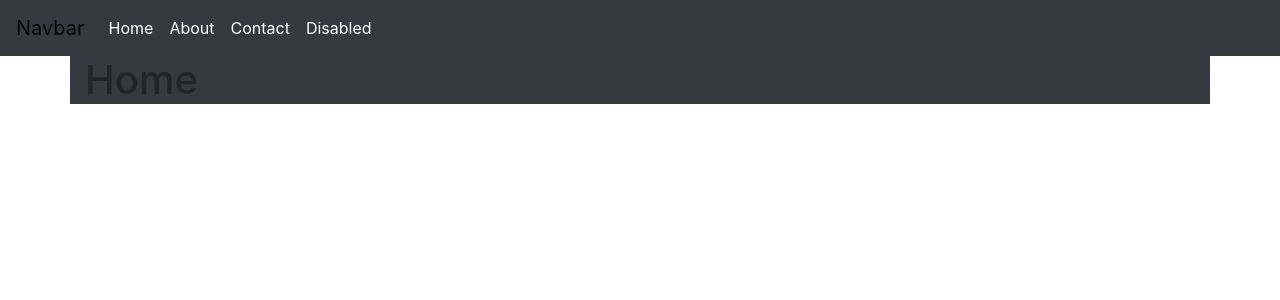
Repository: syawal2kalii/parsinta_clone_model
Page: http://localhost/home
The author's editor kept a copy of each file at every save. The page is drawn from the files as they stood at one save, then again after the next save.
The browser window is 1280 px wide. The pictures show the whole page.
The page is served by the project's Laravel application, run on PHP 8.4 with Laravel 8. Other server files are loaded and not shown.

Above is the page before, as saved 2019-12-26 15:16:49.

### routes/web.php
<?php

/*
|--------------------------------------------------------------------------
| Web Routes
|--------------------------------------------------------------------------
|
| Here is where you can register web routes for your application. These
| routes are loaded by the RouteServiceProvider within a group which
| contains the "web" middleware group. Now create something great!
|
*/

Route::get('/', function () {
    return view('welcome');
});

Route::get('/home', function () {
    return view('home');
});

Route::get('/about', function () {
    return view('about');
});

Route::get('/contact', function () {
    return view('contack');
});

### resources/views/home.blade.php
@extends('layout.master')
@section('title')
    home
@endsection
@section('content')
    <div class="container bg-dark">
        <h1>Home</h1>
    </div>
@endsection

### resources/views/layout/master.blade.php
<!DOCTYPE html>
<html lang="en">
<head>
    <meta charset="UTF-8">
    <meta name="viewport" content="width=device-width, initial-scale=1.0">
    <meta http-equiv="X-UA-Compatible" content="ie=edge">
    <link rel="stylesheet" href="https://stackpath.bootstrapcdn.com/bootstrap/4.4.1/css/bootstrap.min.css" integrity="sha384-Vkoo8x4CGsO3+Hhxv8T/Q5PaXtkKtu6ug5TOeNV6gBiFeWPGFN9MuhOf23Q9Ifjh" crossorigin="anonymous">
    <title>@yield('title')</title>
</head>
<body>
   @include('layout.navigation')
   @yield('content')



   <script src="https://code.jquery.com/jquery-3.4.1.slim.min.js" integrity="sha384-J6qa4849blE2+poT4WnyKhv5vZF5SrPo0iEjwBvKU7imGFAV0wwj1yYfoRSJoZ+n" crossorigin="anonymous"></script>
   <script src="https://cdn.jsdelivr.net/npm/popper.js@1.16.0/dist/umd/popper.min.js" integrity="sha384-Q6E9RHvbIyZFJoft+2mJbHaEWldlvI9IOYy5n3zV9zzTtmI3UksdQRVvoxMfooAo" crossorigin="anonymous"></script>
   <script src="https://stackpath.bootstrapcdn.com/bootstrap/4.4.1/js/bootstrap.min.js" integrity="sha384-wfSDF2E50Y2D1uUdj0O3uMBJnjuUD4Ih7YwaYd1iqfktj0Uod8GCExl3Og8ifwB6" crossorigin="anonymous"></script>
</body>
</html>

### resources/views/layout/navigation.blade.php
<nav class="navbar navbar-expand-lg navbar-light bg-dark">
        <a class="navbar-brand" href="#">Navbar</a>
        <button class="navbar-toggler" type="button" data-toggle="collapse" data-target="#navbarNavAltMarkup" aria-controls="navbarNavAltMarkup" aria-expanded="false" aria-label="Toggle navigation">
          <span class="navbar-toggler-icon"></span>
        </button>
        <div class="collapse navbar-collapse" id="navbarNavAltMarkup">
          <div class="navbar-nav">
            <a class="nav-item nav-link active text-white" href="/home">Home <span class="sr-only">(current)</span></a>
            <a class="nav-item nav-link text-white" href="/about">About</a>
            <a class="nav-item nav-link text-white" href="/contact">Contact</a>
            <a class="nav-item nav-link text-white disabled" href="#" tabindex="-1" aria-disabled="true">Disabled</a>
          </div>
        </div>
</nav>

After the next save:
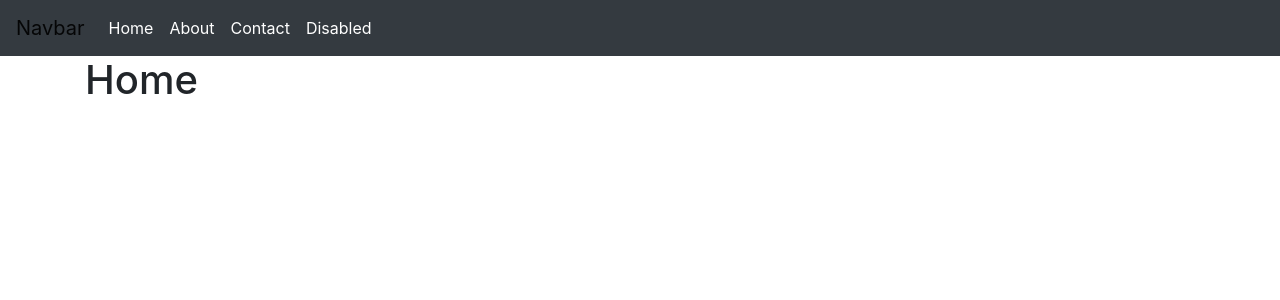
Saved 12 s later.
--- a/resources/views/home.blade.php
+++ b/resources/views/home.blade.php
@@ -3,7 +3,7 @@
     home
 @endsection
 @section('content')
-    <div class="container bg-dark">
+    <div class="container bg-white">
         <h1>Home</h1>
     </div>
 @endsection
